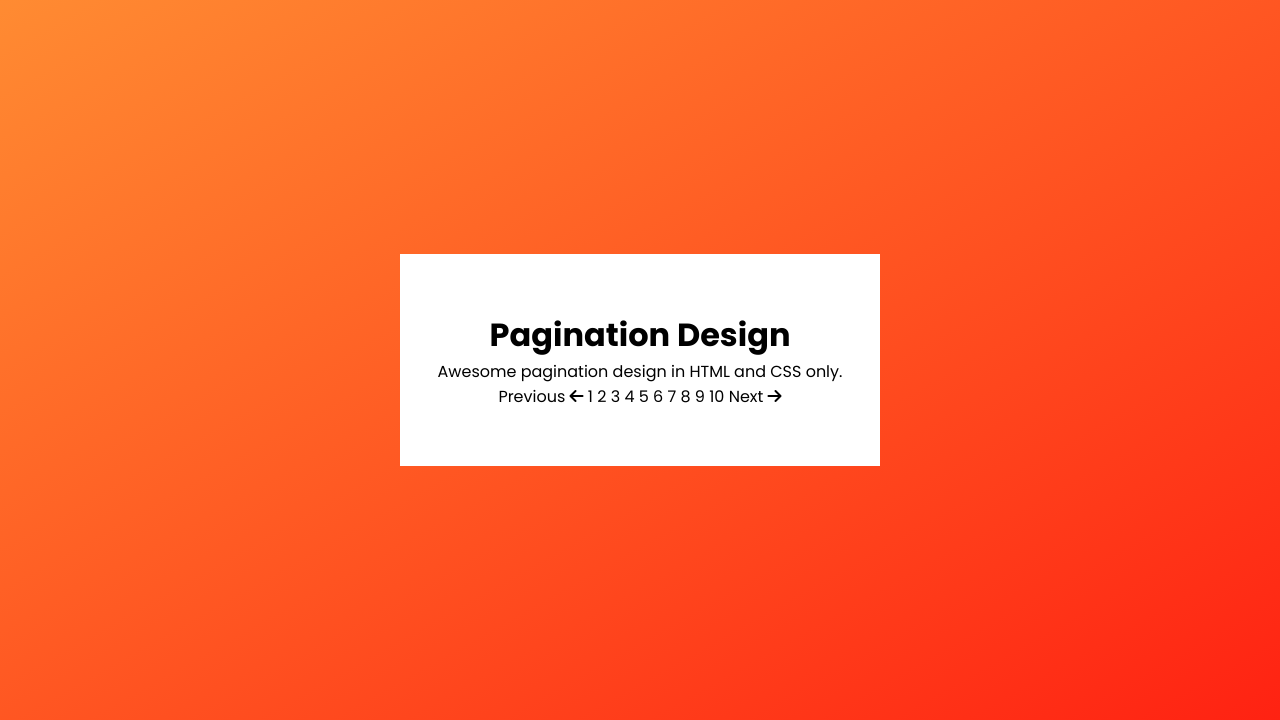
Repository: Ankitkr2021/Awesome-Pagination
Page: index.html
An editor plug-in stored every save of this project. The page is shown before and after the next save, followed by the edit.
The browser window is 1280 px wide. The pictures show the whole page.

Above is the page before, as saved 2025-10-02 08:57:38.

After the next save:
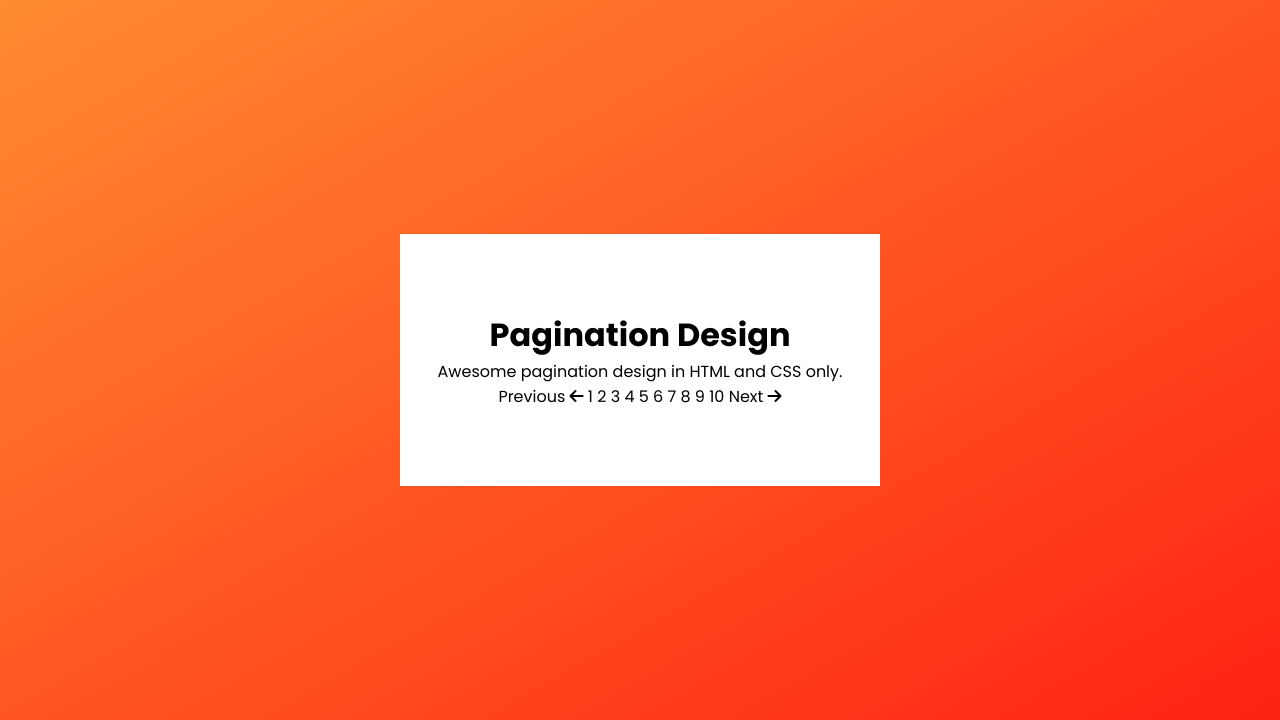
Saved 8 s later.
--- a/style.css
+++ b/style.css
@@ -23,5 +23,5 @@ body{
    flex-direction: column;
    background: #fff;
    width: 480px;
-   height: 212px;
+   height: 252px;
 }
